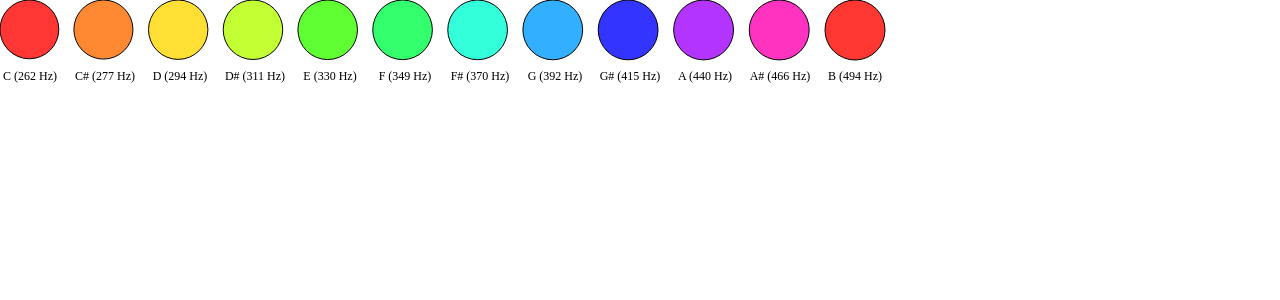
Repository: studiorichie/richielau.com
Page: assets/sound-to-color.html
The author's editor kept a copy of each file at every save. The page is drawn from the files as they stood at one save, then again after the next save.
The browser window is 1280 px wide. The pictures show the whole page.

Above is the page before, as saved 2024-11-06 21:16:30.

### assets/sound-to-color.html
<!DOCTYPE html>
<html lang="en">

<head>
    <meta charset="UTF-8">
    <title>Sound-to-Color Mapping with MIDI</title>
    <script src="https://d3js.org/d3.v6.min.js"></script>
    <style>
        body,
        html {
            margin: 0;
            padding: 0;
            overflow: hidden;
        }

        .svg-container {
            display: flex;
            justify-content: flex-start;
            align-items: center;
            width: 100%;
            overflow: hidden;
        }

        .key-circle {
            fill-opacity: 0.8;
            stroke: black;
            stroke-width: 1px;
            cursor: pointer;
            outline: none;
            -webkit-tap-highlight-color: transparent;
            transition: transform 0.2s, filter 0.2s, fill-opacity 0.2s;
        }

        .key-circle[data-note="C"] {
            transform: scale(0.98);
        }

        .key-circle[data-note="C#"] {
            transform: scale(0.985);
        }

        .key-circle[data-note="D"] {
            transform: scale(0.99);
        }

        .key-circle[data-note="D#"] {
            transform: scale(0.992);
        }

        .key-circle[data-note="E"] {
            transform: scale(0.993);
        }

        .key-circle[data-note="F"] {
            transform: scale(0.994);
        }

        .key-circle[data-note="F#"] {
            transform: scale(0.995);
        }

        .key-circle[data-note="G"] {
            transform: scale(0.996);
        }

        .key-circle[data-note="G#"] {
            transform: scale(0.997);
        }

        .key-circle[data-note="A"] {
            transform: scale(0.998);
        }

        .key-circle[data-note="A#"] {
            transform: scale(0.999);
        }

        /* Continue this slight scaling variation up to B */
        .key-circle[data-note="B"] {
            transform: scale(1.00);
        }



        .key-circle:hover {
            fill-opacity: 1;
            filter: brightness(1.2);
        }

        .key-circle:active {
            transform: scale(0.995);
            filter: brightness(0.8);
        }

        .label {
            font-size: 12px;
            text-anchor: middle;
        }

        .midi-label {
            font-size: 14px;
            font-weight: bold;
            text-anchor: middle;
            fill: black;
            visibility: hidden;
        }
    </style>
</head>

<body>
    <div class="svg-container">
        <svg width="950" height="600" id="chart"></svg>
    </div>
    <script>
        const keys = [
            { note: "C", freq: 261.63, midi: 60 },
            { note: "C#", freq: 277.18, midi: 61 },
            { note: "D", freq: 293.66, midi: 62 },
            { note: "D#", freq: 311.13, midi: 63 },
            { note: "E", freq: 329.63, midi: 64 },
            { note: "F", freq: 349.23, midi: 65 },
            { note: "F#", freq: 369.99, midi: 66 },
            { note: "G", freq: 392.00, midi: 67 },
            { note: "G#", freq: 415.30, midi: 68 },
            { note: "A", freq: 440.00, midi: 69 },
            { note: "A#", freq: 466.16, midi: 70 },
            { note: "B", freq: 493.88, midi: 71 }
        ];

        function getColor(freq) {
            let hue = ((freq - 261) / (493 - 261)) * 360;
            return `hsl(${hue}, 100%, 50%)`;
        }

        const svg = d3.select("#chart");
        const circleRadius = 30;
        const padding = 15;

        // Create the group for circles and labels
        const group = svg.append("g");

        group.selectAll("circle")
            .data(keys)
            .enter()
            .append("circle")
            .attr("class", "key-circle")
            .attr("r", circleRadius)
            .attr("fill", d => getColor(d.freq))
            .attr("data-note", d => d.note)
            .on("click", function (event, d) {
                showMidiLabel(d);
                playMidiTone(d.midi);
                shakeElement(d3.select(this)); // Apply shake effect
            });


        group.selectAll(".label")
            .data(keys)
            .enter()
            .append("text")
            .attr("class", "label")
            .text(d => `${d.note} (${Math.round(d.freq)} Hz)`)
            .attr("fill", "black");

        const midiLabel = svg.append("text")
            .attr("class", "midi-label");

        function showMidiLabel(data) {
            midiLabel.text(`MIDI: ${data.midi} - ${data.note}`)
                .attr("x", svg.attr("width") / 2)
                .attr("y", svg.attr("height") - 50)
                .attr("visibility", "visible");

            setTimeout(() => {
                midiLabel.attr("visibility", "hidden");
            }, 2000);
        }

        function playMidiTone(midi) {
            const context = new (window.AudioContext || window.webkitAudioContext)();
            const oscillator = context.createOscillator();
            const gainNode = context.createGain();
            oscillator.type = 'sine';
            oscillator.frequency.setValueAtTime(440 * Math.pow(2, (midi - 69) / 12), context.currentTime);
            gainNode.gain.setValueAtTime(0.1, context.currentTime);
            oscillator.connect(gainNode).connect(context.destination);
            oscillator.start();
            oscillator.stop(context.currentTime + 0.5);
        }

        function shakeElement(element) {
            const originalTransform = element.attr("transform") || ""; // Get existing transform or set to empty
            let shakeCount = 1; // Start from 0 shakes
            const maxShakes = 10; // Number of shakes

            const interval = setInterval(() => {
                const randomX = (Math.random() - 0.5) * 10; // Random jitter, increased range for visibility
                const randomY = (Math.random() - 0.5) * 10;
                element.attr("transform", `${originalTransform} translate(${randomX}, ${randomY})`);

                shakeCount++;
                if (shakeCount >= maxShakes) { // Stop after reaching max shakes
                    clearInterval(interval);
                    element.attr("transform", originalTransform); // Reset to original position
                }
            }, .1); // Delay between each shake, can be reduced to increase speed
        }



        group.selectAll("circle")
            .data(keys)
            .enter()
            .append("circle")
            .attr("class", "key-circle")
            .attr("r", circleRadius)
            .attr("fill", d => getColor(d.freq))
            .attr("data-note", d => d.note)
            .on("click", function (event, d) {
                showMidiLabel(d);
                playMidiTone(d.midi);
                shakeElement(d3.select(this)); // Apply shake effect
            });


        function adjustCircleLayout() {
            const svgWidth = document.getElementById("chart").clientWidth;
            const circlesPerRow = Math.max(1, Math.floor(svgWidth / (circleRadius * 2 + padding)));

            d3.select("#chart")
                .selectAll("circle")
                .attr("cx", (d, i) => (i % circlesPerRow) * (circleRadius * 2 + padding) + circleRadius)
                .attr("cy", (d, i) => Math.floor(i / circlesPerRow) * (circleRadius * 2 + padding) + circleRadius);

            d3.select("#chart")
                .selectAll(".label")
                .attr("x", (d, i) => (i % circlesPerRow) * (circleRadius * 2 + padding) + circleRadius)
                .attr("y", (d, i) => Math.floor(i / circlesPerRow) * (circleRadius * 2 + padding) + circleRadius + 50);
        }

        adjustCircleLayout();
        window.addEventListener("resize", adjustCircleLayout);
    </script>
</body>

</html>

After the next save:
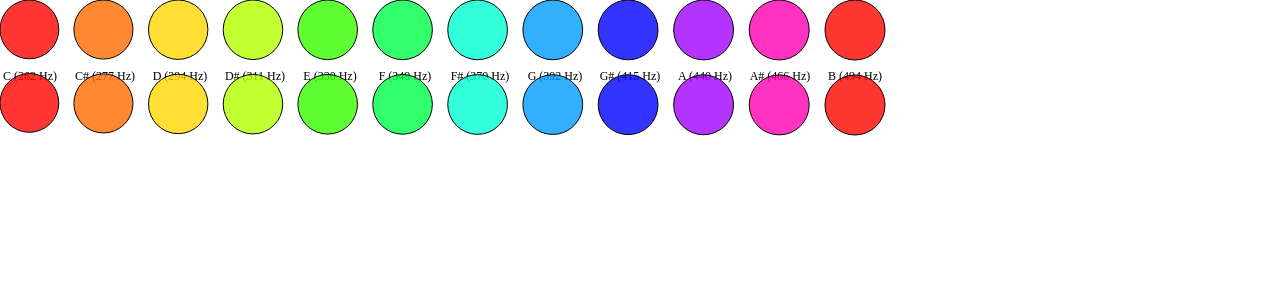
Saved 98 s later.
--- a/assets/sound-to-color.html
+++ b/assets/sound-to-color.html
@@ -208,7 +208,7 @@
 
 
 
-        group.selectAll("circle")
+        group.selectAll("key-circle")
             .data(keys)
             .enter()
             .append("circle")

After the save that followed:
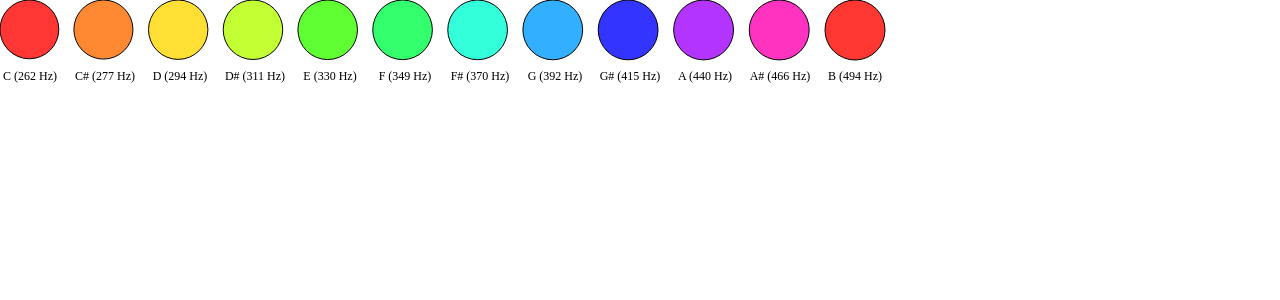
Saved 88 s later.
--- a/assets/sound-to-color.html
+++ b/assets/sound-to-color.html
@@ -211,7 +211,7 @@
         group.selectAll("key-circle")
             .data(keys)
             .enter()
-            .append("circle")
+            .append("key-circle")
             .attr("class", "key-circle")
             .attr("r", circleRadius)
             .attr("fill", d => getColor(d.freq))
